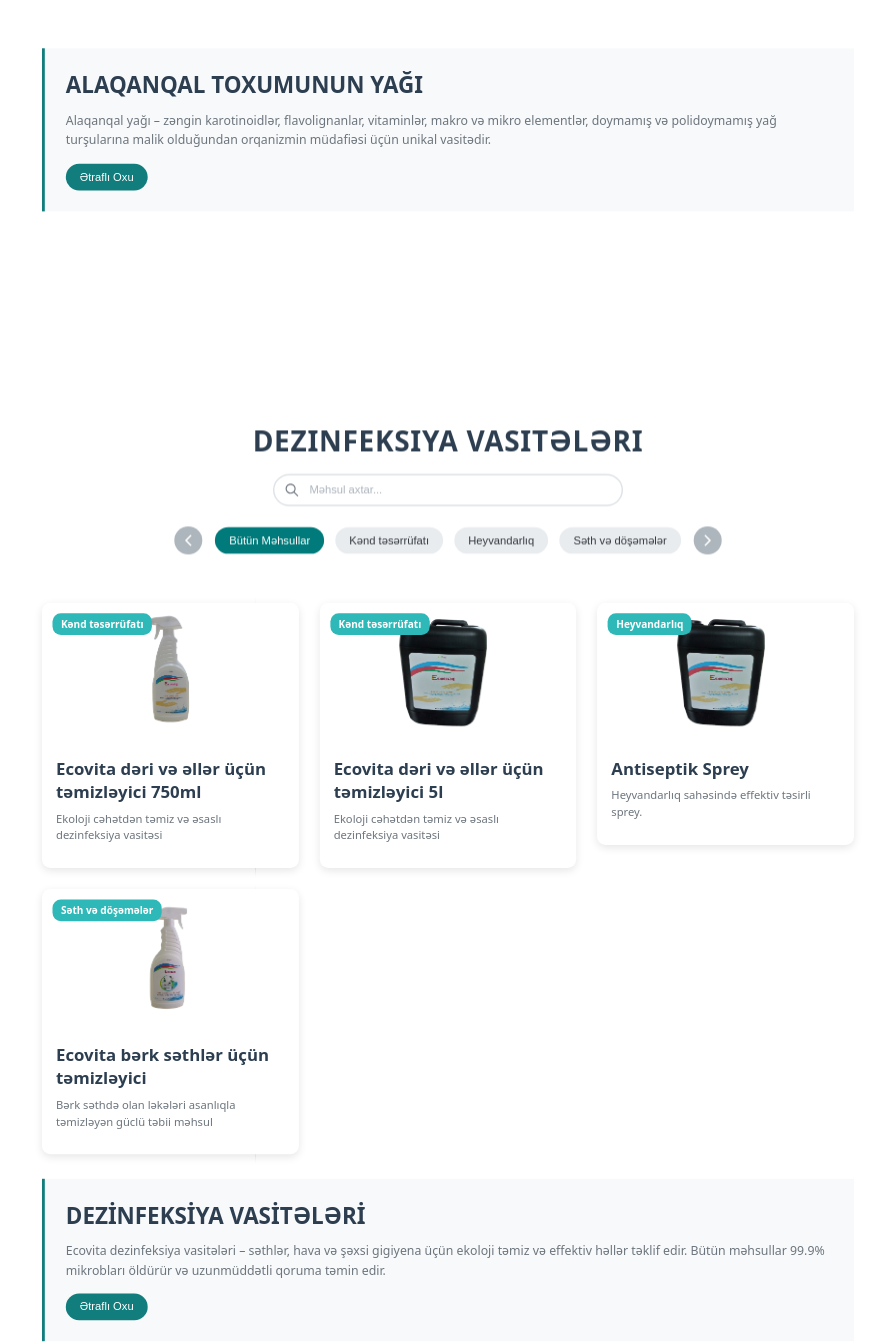
Repository: ferhadsultan98/ecovita
Page: /
The author's editor kept a copy of each file at every save. The page is drawn from the files as they stood at one save, then again after the next save.
The browser window is 1280 px wide. The pictures show the part of the page from y = 3010 to 4930 px (the page is 5507 px tall), at 70% of full size.
The project was rebuilt for these pictures with package versions that can differ from the ones it lists, and the page was loaded fresh each time. Also part of the build but not shown: vite.config.js.

Above is the page before, as saved 2025-05-07 15:46:18.

### index.html
<!doctype html>
<html lang="en">
  <head>
    <meta charset="UTF-8" />
    <meta name="viewport" content="width=device-width, initial-scale=1.0" />
    <link rel="shortcut icon" href="./public/assets/Fotolar/logobrowser.png" type="image/x-icon">
    <title>Ecovita - Təbiətdən gələn sağlamlıq</title>
  </head>
  <body>
    <div id="root"></div>
    <script type="module" src="/src/main.jsx"></script>
  </body>
</html>

### src/App.jsx
import React from "react";
import "./App.scss";
import MainLayout from "./Components/Common/MainLayout";
import Home from "./Pages/Home/Home";
import MenuSection from "./Pages/MenuSection/MenuSection";

function App() {
  return (
    <div className="app-container">
      <MainLayout>
        <Home />
        <MenuSection />
      </MainLayout>
    </div>
  );
}

export default App;

### src/App.scss
* {
  margin: 0;
  padding: 0;
  box-sizing: border-box;
}

body {
  font-family: system-ui, -apple-system, BlinkMacSystemFont, "Segoe UI", Roboto,
    Oxygen, Ubuntu, Cantarell, "Open Sans", "Helvetica Neue", sans-serif;
}

### src/Components/Common/MainLayout.jsx
import React from 'react';
import Header from './Header/Header';
import Footer from './Footer/Footer';

const MainLayout = ({ children }) => {
  return (
    <>
      <Header />
      {children}
      <Footer />
    </>
  );
};

export default MainLayout;

### src/Components/Common/Header/Header.jsx
import { useState, useEffect, useRef } from "react";
import "./Header.scss";
import { motion, AnimatePresence } from "framer-motion";
import { FaSyringe, FaChevronDown } from "react-icons/fa";
import EcovitaLogo from '../../../../public/assets/Fotolar/logo.png';

const Header = () => {
  const [scrolled, setScrolled] = useState(false);
  const [isDropdownOpen, setIsDropdownOpen] = useState(false);
  const dropdownRef = useRef(null);

  useEffect(() => {
    const handleScroll = () => {
      setScrolled(window.scrollY > 20);
    };

    window.addEventListener("scroll", handleScroll);
    return () => window.removeEventListener("scroll", handleScroll);
  }, []);

  useEffect(() => {
    const handleClickOutside = (event) => {
      if (dropdownRef.current && !dropdownRef.current.contains(event.target)) {
        setIsDropdownOpen(false);
      }
    };

    document.addEventListener("mousedown", handleClickOutside);
    return () => document.removeEventListener("mousedown", handleClickOutside);
  }, []);

  const scrollToTop = () => {
    window.scrollTo({ top: 0, behavior: "smooth" });
  };

  const scrollToSection = (sectionId) => {
    const section = document.getElementById(sectionId);
    if (section) {
      section.scrollIntoView({ behavior: "smooth", block: "start" });
      setIsDropdownOpen(false);
    }
  };

  const dropdownVariants = {
    hidden: { opacity: 0, y: -10, scale: 0.95 },
    visible: { opacity: 1, y: 0, scale: 1 },
    exit: { opacity: 0, y: -10, scale: 0.95 }
  };

  return (
    <header className={`header ${scrolled ? "scrolled" : ""}`}>
      <div className="header-container">
        <a onClick={scrollToTop} className="logo">
          <img src={EcovitaLogo} alt="Ecovita_logo" />
        </a>
        <div className="products-dropdown" ref={dropdownRef}>
          <button
            className="products-button"
            onMouseEnter={() => setIsDropdownOpen(true)}
            onClick={() => setIsDropdownOpen(!isDropdownOpen)}
          >
            Məhsullar
            <span className="products-icon">
              <FaSyringe />
            </span>
            <FaChevronDown className={`chevron-icon ${isDropdownOpen ? "open" : ""}`} />
          </button>
          <AnimatePresence>
            {isDropdownOpen && (
              <motion.ul
                className="dropdown-menu"
                variants={dropdownVariants}
                initial="hidden"
                animate="visible"
                exit="exit"
                transition={{ duration: 0.2, ease: "easeInOut" }}
                onMouseLeave={() => setIsDropdownOpen(false)}
              >
                <li onClick={() => scrollToSection("cold-pressed-oils")}>
                  Soyuq press yağlar
                </li>
                <li onClick={() => scrollToSection("disinfectants")}>
                  Dezinfeksiya vasitələri
                </li>
              </motion.ul>
            )}
          </AnimatePresence>
        </div>
      </div>
    </header>
  );
};

export default Header;

### src/Components/Common/Footer/Footer.jsx
import React, { useState, useEffect } from "react";
import "./Footer.scss";
import { IoIosArrowUp } from "react-icons/io";
import { GrFacebookOption } from "react-icons/gr";
import {
  FaInstagram,
  FaTwitter,
  FaMapMarkerAlt,
  FaPhoneAlt,
  FaEnvelope,
  FaClock,
} from "react-icons/fa";
import footerLogo from "../../../../public/assets/Fotolar/logo.png";

const Footer = () => {
  const [showScrollTop, setShowScrollTop] = useState(false);
  const currentYear = new Date().getFullYear();

  useEffect(() => {
    const handleScroll = () => {
      setShowScrollTop(window.scrollY > 300);
    };

    window.addEventListener("scroll", handleScroll);
    return () => window.removeEventListener("scroll", handleScroll);
  }, []);

  const scrollToTop = () => {
    window.scrollTo({ top: 0, behavior: "smooth" });
  };

  return (
    <footer className="footer">
      <div className="footerContent">
        <div className="container">
          <div className="footerMain">
            <div className="footerInfo">
              <img src={footerLogo} alt="footerLogo" className="footerLogo" />
              <p className="footerDescription">
                “Ecovita” Məhdud Məsuliyyətli Cəmiyyəti 2022-ci ildə təsis
                edilmişdir. Şirkətin istehsal etdiyi məhsullar müasir
                avadanlıqlardan istifadə olunmaqla yalnız Azərbaycan
                Respublikasının ərazisində yabanı halda yetişən müalicəvi
                xüsusiyyətlərə malik bitkilərdən əldə olunur.
              </p>
              <div className="footerContactItems">
                <div className="contactItem">
                  <FaMapMarkerAlt />
                  <span>
                    Azərbaycan Respublikası, AZ1052, Bakı şəhəri, N.Nərimanov
                    rayonu, Əliyar Əliyev 52A
                  </span>
                </div>
                <div className="contactItem">
                  <FaPhoneAlt />
                  <span>+994(99) 345 12 34</span>
                </div>
                <div className="contactItem">
                  <FaEnvelope />
                  <span>info@ecoway.az</span>
                </div>
                <div className="contactItem">
                  <FaClock />
                  <span>09:00-18:00</span>
                </div>
              </div>
            </div>

            <div className="footerConnect">
              <h4>Connect With Us</h4>
              <div className="socialIcons">

                <a
                  href="https://www.instagram.com/ecovita.az"
                  aria-label="Instagram"
                  className="socialIcon"
                  target="_blank"
                  rel="noopener noreferrer"
                >
                  <FaInstagram />
                </a>

              </div>
              <div className="footerActions">
                <a
                  href="https://maps.app.goo.gl/mqyyw6jxVyPGAPP46"
                  className="footerBtn mapBtn"
                  target="_blank"
                  rel="noopener noreferrer"
                >
                  View Map
                </a>
              </div>
            </div>
          </div>

          <div className="footerDivider"></div>

          <div className="footerBottom">
            <p className="copyright">
              © {currentYear}{" "}
              <a
                href="https://pmsystems.az/"
                target="_blank"
                rel="noopener noreferrer"
              >
                <span>Created by PM Systems</span>.
              </a>{" "}
              All Rights Reserved
            </p>
          </div>
        </div>
      </div>

      <div
        className={`scrollTop ${showScrollTop ? "visible pulse" : ""}`}
        onClick={scrollToTop}
        aria-label="Scroll to top"
      >
        <IoIosArrowUp />
      </div>
    </footer>
  );
};

export default Footer;

### src/Pages/MenuSection/menuItems.json
{
  "oils": [
    {
      "category": { "az": "Soyuq press yağlar" },
      "items": [
        {
          "id": "7",
          "name": { "az": "Balqabaq tumunun yağı" },
          "description": { "az": "Təbii üsulla istehsal olunan balqabaq tumunun yağı." },
          "price": 15.0,
          "image_url": "/assets/Fotolar/balqabaqtumuyag.jpg"
        },
        {
          "id": "8",
          "name": { "az": "Kətan Toxumunun Yağı" },
          "description": { "az": "Omega-3 ilə zəngin, hüceyrələri yeniləyən saf kətan toxumu yağı." },
          "price": 20.0,
          "image_url": "/assets/Fotolar/ketantoxumuyag.jpg"
        },
        {
          "id": "9",
          "name": { "az": "Qanqalin Alaqanqal yağı" },
          "description": { "az": "Orqanizmə dincəldici təsir göstərən, qədim şəfa mənbəyi — Qanqal bitkisinin təbii yağı." },
          "price": 20.0,
          "image_url": "/assets/Fotolar/qanqalinalaqanqalyagi.jpg"
        },
        {
          "id": "10",
          "name": { "az": "Qarazirə Toxumunun yağı" },
          "description": { "az": "Antioxidant zəngin, dərini qidalandıran və orqanizmi təmizləyən təbii Qarazirə yağı." },
          "price": 20.0,
          "image_url": "/assets/Fotolar/qarazireyag.jpg"
        }
      ]
    }
  ],
  "disinfectants": [
    {
      "category": { "az": "Kənd təsərrüfatı" },
      "items": [
        {
          "id": "1",
          "name": { "az": "Ecovita dəri və əllər üçün təmizləyici 750ml" },
          "description": {
            "az": "Ekoloji cəhətdən təmiz və əsaslı dezinfeksiya vasitəsi"
          },
          "price": 12.5,
          "image_url": "/assets/Fotolar/Deriveeller750ml.png"
        },
        {
          "id": "2",
          "name": { "az": "Ecovita dəri və əllər üçün təmizləyici 5l" },
          "description": {
            "az": "Ekoloji cəhətdən təmiz və əsaslı dezinfeksiya vasitəsi"
          },
          "price": 12.5,
          "image_url": "/assets/Fotolar/Deriveeller5l.png"
        }
      ]
    },
    {
      "category": { "az": "Heyvandarlıq" },
      "items": [
        {
          "id": "3",
          "name": { "az": "Antiseptik Sprey" },
          "description": {
            "az": "Heyvandarlıq sahəsində effektiv təsirli sprey."
          },
          "price": 5.0,
          "image_url": "/assets/Fotolar/Deriveeller5l.png"
        }
      ]
    },
    {
      "category": { "az": "Səth və döşəmələr" },
      "items": [
        {
          "id": "5",
          "name": { "az": "Ecovita bərk səthlər üçün təmizləyici" },
          "description": {
            "az": "Bərk səthdə olan ləkələri asanlıqla təmizləyən güclü təbii məhsul"
          },
          "price": 10.0,
          "image_url": "/assets/Fotolar/Berksethler.png"
        }
      ]
    }
  ]
}

### src/Components/Common/Header/Header.scss
$primary-color: #008080; // Teal for health and cleanliness
$secondary-color: #ffffff;
$accent-color: #f5f6f5; // Light gray for clean aesthetic
$text-color: #333333;
$scroll-bg: #ffffff;

.header {
  position: fixed;
  top: 0;
  left: 0;
  width: 100%;
  background: transparent;
  transition: all 0.3s ease;
  z-index: 1000;
  padding: 1rem 0;

  &.scrolled {
    background: $scroll-bg;
    padding: 0.8rem 0;
  }

  .header-container {
    max-width: 1200px;
    margin: 0 auto;
    display: flex;
    align-items: center;

    justify-content: space-between;
    gap: 1rem;
  }

  .logo {
    display: flex;
    align-items: center;
    cursor: pointer;
    text-decoration: none;
    max-height: 80px;

    img {
      height: 100%;
    }
  }

  .products-dropdown {
    position: relative;

    .products-button {
      display: flex;
      align-items: center;
      gap: 0.5rem;
      background: $primary-color;
      color: $secondary-color;
      border: none;
      padding: 0.5rem 1rem;
      border-radius: 5px;
      font-size: 1rem;
      font-weight: 500;
      cursor: pointer;
      transition: background 0.3s ease;

      &:hover {
        background: darken($primary-color, 10%);
      }

      .products-icon {
        font-size: 1.2rem;
      }

      .chevron-icon {
        font-size: 0.8rem;
        transition: transform 0.2s ease;

        &.open {
          transform: rotate(180deg);
        }
      }
    }

    .dropdown-menu {
      position: absolute;
      top: 100%;
      right: 0;
      background: $secondary-color;
      border: 1px solid $accent-color;
      border-radius: 5px;
      margin-top: 0.5rem;
      min-width: 200px;
      box-shadow: 0 4px 8px rgba(0, 0, 0, 0.1);
      list-style: none;
      padding: 0;
      z-index: 3000;

      li {
        padding: 0.75rem 1rem;
        cursor: pointer;
        color: $text-color;
        font-size: 0.9rem;
        transition: background 0.2s ease;

        &:hover {
          background: $accent-color;
        }
      }
    }
  }

  // Responsive design
  @media (max-width: 768px) {
    padding: 1rem 0;

    &.scrolled {
      padding: 0.75rem 0;
    }

    .header-container {
      padding: 0 1rem;
    }

    .products-button {
      font-size: 14px !important;
      padding: 5px !important;

      .products-icon {
        font-size: 12px !important;
      }

      .chevron-icon {
        font-size: 0.7rem;
      }
    }

    .dropdown-menu {
      min-width: 160px;

      li {
        font-size: 0.8rem;
        padding: 0.5rem 0.75rem;
      }
    }
  }

  @media (max-width: 480px) {
    .logo {
      img {
        width: 120px;
      }
    }

    .header-container {
      align-items: center;
      gap: 0.5rem;
    }

    .products-button {
      font-size: 0.8rem;
      padding: 5px;

      .products-icon {
        font-size: 12px;
      }

      .chevron-icon {
        font-size: 0.6rem;
      }
    }

    .dropdown-menu {
      min-width: 140px;
      margin-top: 0.3rem;

      li {
        font-size: 0.75rem;
        padding: 0.4rem 0.6rem;
      }
    }
  }
}

### src/Components/Common/Footer/Footer.scss
$primary-color: #004d4d;
$secondary-color: #007a7a;
$accent-color: #00a6a6;
$text-color: #333;
$light-bg: #f5f7f6;
$white: #ffffff;
$shadow: 0 4px 12px rgba(0, 0, 0, 0.1);

.footer {
  background-color: $primary-color;
  color: $white;
  padding: 60px 0 20px;
  position: relative;
  font-family: 'Poppins', sans-serif;

  .footerContent {
    .container {
      max-width: 1200px;
      margin: 0 auto;
      padding: 0 20px;
    }

    .footerMain {
      display: grid;
      grid-template-columns: 2fr 1fr;
      gap: 40px;
      margin-bottom: 40px;

      .footerInfo {
        .footerLogo {
          max-width: 180px;
          margin-bottom: 20px;
          transition: transform 0.3s ease;

          &:hover {
            transform: scale(1.05);
          }
        }

        .footerDescription {
          font-size: 1rem;
          line-height: 1.6;
          margin-bottom: 25px;
          opacity: 0.9;
        }

        .footerContactItems {
          display: flex;
          flex-direction: column;
          gap: 15px;

          .contactItem {
            display: flex;
            align-items: center;
            gap: 12px;
            font-size: 0.95rem;

            svg {
              font-size: 1.2rem;
              color: $accent-color;
            }

            span {
              transition: color 0.3s ease;

              &:hover {
                color: $accent-color;
              }
            }
          }
        }
      }

      .footerConnect {
        h4 {
          font-size: 1.3rem;
          margin-bottom: 20px;
          color: $white;
        }

        .socialIcons {
          display: flex;
          gap: 15px;
          margin-bottom: 25px;

          .socialIcon {
            display: flex;
            align-items: center;
            justify-content: center;
            width: 40px;
            height: 40px;
            border-radius: 50%;
            background-color: $white;
            color: $primary-color;
            font-size: 1.2rem;
            transition: all 0.3s ease;

            &:hover {
              background-color: $accent-color;
              color: $white;
              transform: translateY(-3px);
            }
          }
        }

        .footerActions {
          .mapBtn {
            display: inline-block;
            padding: 12px 25px;
            background-color: $accent-color;
            color: $white;
            border-radius: 25px;
            text-decoration: none;
            font-weight: 500;
            transition: all 0.3s ease;

            &:hover {
              background-color: $secondary-color;
              box-shadow: $shadow;
              transform: translateY(-2px);
            }
          }
        }
      }
    }

    .footerDivider {
      height: 1px;
      background-color: rgba($white, 0.2);
      margin: 30px 0;
    }

    .footerBottom {
      text-align: center;

      .copyright {
        font-size: 0.9rem;
        opacity: 0.8;

        a {
          color: $accent-color;
          text-decoration: none;

          &:hover {
            text-decoration: underline;
          }
        }
      }
    }
  }

  .scrollTop {
    position: fixed;
    bottom: 30px;
    right: 30px;
    width: 50px;
    height: 50px;
    background-color: $accent-color;
    color: $white;
    border-radius: 50%;
    display: flex;
    align-items: center;
    justify-content: center;
    font-size: 1.5rem;
    cursor: pointer;
    opacity: 0;
    visibility: hidden;
    transition: all 0.3s ease;
    box-shadow: $shadow;
    z-index: 15;
    &.visible {
      opacity: 1;
      visibility: visible;
    }

    &.pulse {
      animation: pulse 2s infinite;
    }

    &:hover {
      background-color: $secondary-color;
      transform: scale(1.1);
    }
  }

  @keyframes pulse {
    0% {
      transform: scale(1);
      box-shadow: 0 0 0 0 rgba($accent-color, 0.7);
    }
    70% {
      transform: scale(1.05);
      box-shadow: 0 0 0 10px rgba($accent-color, 0);
    }
    100% {
      transform: scale(1);
      box-shadow: 0 0 0 0 rgba($accent-color, 0);
    }
  }
}

// Responsive Design
@media (max-width: 768px) {
  .footer {
    .footerContent {
      .footerMain {
        grid-template-columns: 1fr;
        gap: 30px;
      }

      .footerInfo {
        text-align: center;

        .footerLogo {
          margin: 0 auto 20px;
        }

        .footerContactItems {
          align-items: center;
        }
      }

      .footerConnect {
        text-align: center;

        .socialIcons {
          justify-content: center;
        }

        .footerActions {
          display: flex;
          justify-content: center;
        }
      }
    }

    .scrollTop {
      bottom: 20px;
      right: 20px;
      width: 40px;
      height: 40px;
      font-size: 1.2rem;
    }
  }
}

@media (max-width: 480px) {
  .footer {
    padding: 40px 0 15px;

    .footerContent {
      .container {
        padding: 0 15px;
      }

      .footerInfo {
        .footerDescription {
          font-size: 0.9rem;
        }

        .footerContactItems {
          .contactItem {
            font-size: 0.85rem;

            svg {
              font-size: 1rem;
            }
          }
        }
      }

      .footerConnect {
        h4 {
          font-size: 1.1rem;
        }

        .socialIcons {
          .socialIcon {
            width: 35px;
            height: 35px;
            font-size: 1rem;
          }
        }

        .footerActions {
          .mapBtn {
            padding: 10px 20px;
            font-size: 0.9rem;
          }
        }
      }

      .footerBottom {
        .copyright {
          font-size: 0.8rem;
        }
      }
    }
  }
}

Loaded but not shown: src/main.jsx (common file); src/Pages/MenuSection/MenuSection.jsx (800 lines, source omitted); src/Pages/MenuSection/MenuSection.scss (624 lines, source omitted); src/Pages/Home/Home.scss (368 lines, source omitted); src/Pages/Home/Home.jsx (173 lines, source omitted); src/index.css (no stored copy; drawn as an empty file)

After the next save:
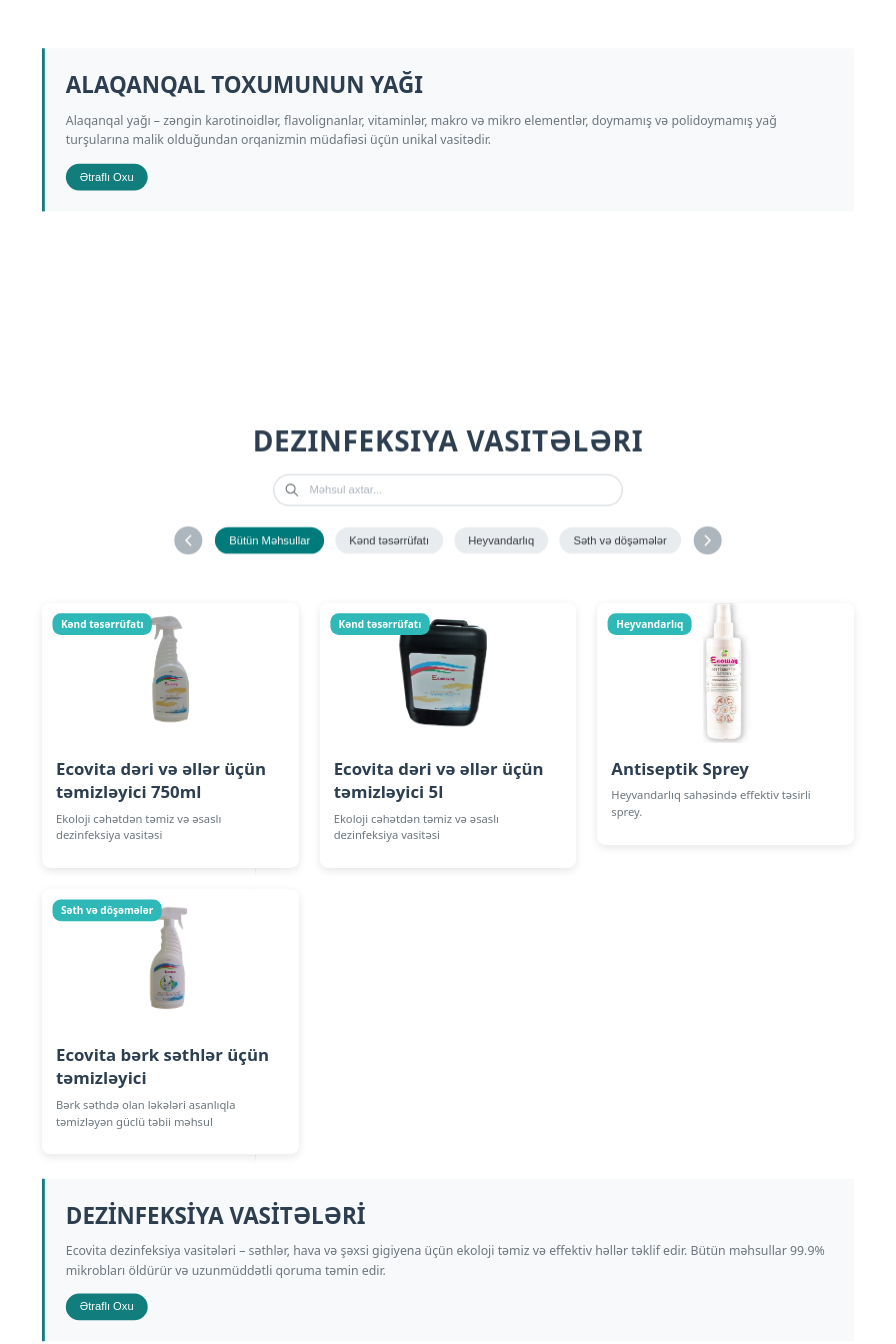
Saved 40 s later.
--- a/src/Pages/MenuSection/menuItems.json
+++ b/src/Pages/MenuSection/menuItems.json
@@ -68,7 +68,7 @@
             "az": "Heyvandarlıq sahəsində effektiv təsirli sprey."
           },
           "price": 5.0,
-          "image_url": "/assets/Fotolar/Deriveeller5l.png"
+          "image_url": "/assets/Fotolar/heyvandarliqdezinfeksiya.jpg"
         }
       ]
     },
